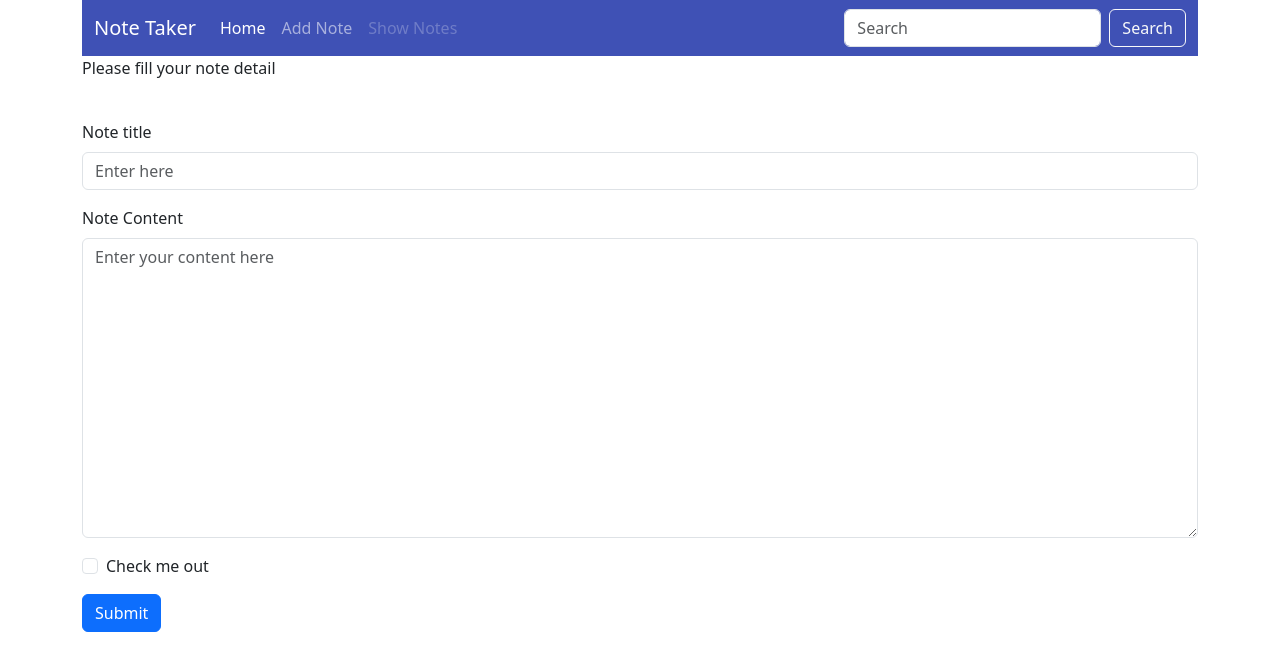
Repository: a-man-sheikh/NoteTaker
Page: http://localhost/NoteTaker/add_note.jsp
The author's editor kept a copy of each file at every save. The page is drawn from the files as they stood at one save, then again after the next save.
The browser window is 1280 px wide. The pictures show the whole page.
The page is served by Tomcat 9. Other server files are loaded and not shown.

Above is the page before, as saved 2024-03-21 16:37:57.

### NoteTaker/src/main/webapp/add_note.jsp
<%@ page language="java" contentType="text/html; charset=ISO-8859-1"
    pageEncoding="ISO-8859-1"%>
<!DOCTYPE html>
<html>
<head>
<meta charset="ISO-8859-1">
<title>Add Notes</title>
  <%@include file="all_js_cs.jsp" %>
</head>
<body>
<div class="container">
  <%@include file="navbar.jsp" %>


 <p>Please fill your note detail </p>
 <br>
<!--  this add form -->


<form action="SaveNoteServlet" method="post">
  <div class="mb-3">
    <label for="title" class="form-label">Note title</label>
    <input type="text" class="form-control" id="title" aria-describedby="emailHelp" placeholder="Enter here">

  </div>
  <div class="mb-3">
    <label for="exampleInputPassword1" class="form-label">Note Content</label>
    <textarea id="content" placeholder="Enter your content here" class="form-control" style="height:300px;" ></textarea>
  </div>
  <div class="mb-3 form-check">
    <input type="checkbox" class="form-check-input" id="exampleCheck1">
    <label class="form-check-label" for="exampleCheck1">Check me out</label>
  </div>
  <button type="submit" class="btn btn-primary">Submit</button>
</form>
</div>
</body>
</html>

### NoteTaker/src/main/webapp/all_js_cs.jsp
  <link href="https://cdn.jsdelivr.net/npm/bootstrap@5.3.3/dist/css/bootstrap.min.css" rel="stylesheet" integrity="sha384-QWTKZyjpPEjISv5WaRU9OFeRpok6YctnYmDr5pNlyT2bRjXh0JMhjY6hW+ALEwIH" crossorigin="anonymous">
    <link href="css/style.css" rel="stylesheet"/>

 <script src="https://cdn.jsdelivr.net/npm/bootstrap@5.3.3/dist/js/bootstrap.bundle.min.js" integrity="sha384-YvpcrYf0tY3lHB60NNkmXc5s9fDVZLESaAA55NDzOxhy9GkcIdslK1eN7N6jIeHz" crossorigin="anonymous"></script>

### NoteTaker/src/main/webapp/navbar.jsp
<nav class="navbar navbar-expand-lg navbar-dark purple">
  <div class="container-fluid">
    <a class="navbar-brand" href="index.jsp">Note Taker</a>
    <button class="navbar-toggler" type="button" data-bs-toggle="collapse" data-bs-target="#navbarSupportedContent" aria-controls="navbarSupportedContent" aria-expanded="false" aria-label="Toggle navigation">
      <span class="navbar-toggler-icon"></span>
    </button>
    <div class="collapse navbar-collapse" id="navbarSupportedContent">
      <ul class="navbar-nav me-auto mb-2 mb-lg-0">
        <li class="nav-item">
          <a class="nav-link active" aria-current="page" href="index.jsp">Home</a>
        </li>
        <li class="nav-item">
          <a class="nav-link" href="add_note.jsp">Add Note</a>
        </li>

          <a class="nav-link disabled" aria-disabled="true">Show Notes</a>
        </li>
      </ul>
      <form class="d-flex" role="search">
        <input class="form-control me-2" type="search" placeholder="Search" aria-label="Search">
        <button class="btn btn-outline-light" type="submit">Search</button>
      </form>
    </div>
  </div>
</nav>

### NoteTaker/src/main/webapp/css/style.css
.purple{
	background:#3f51b5;
}

After the next save:
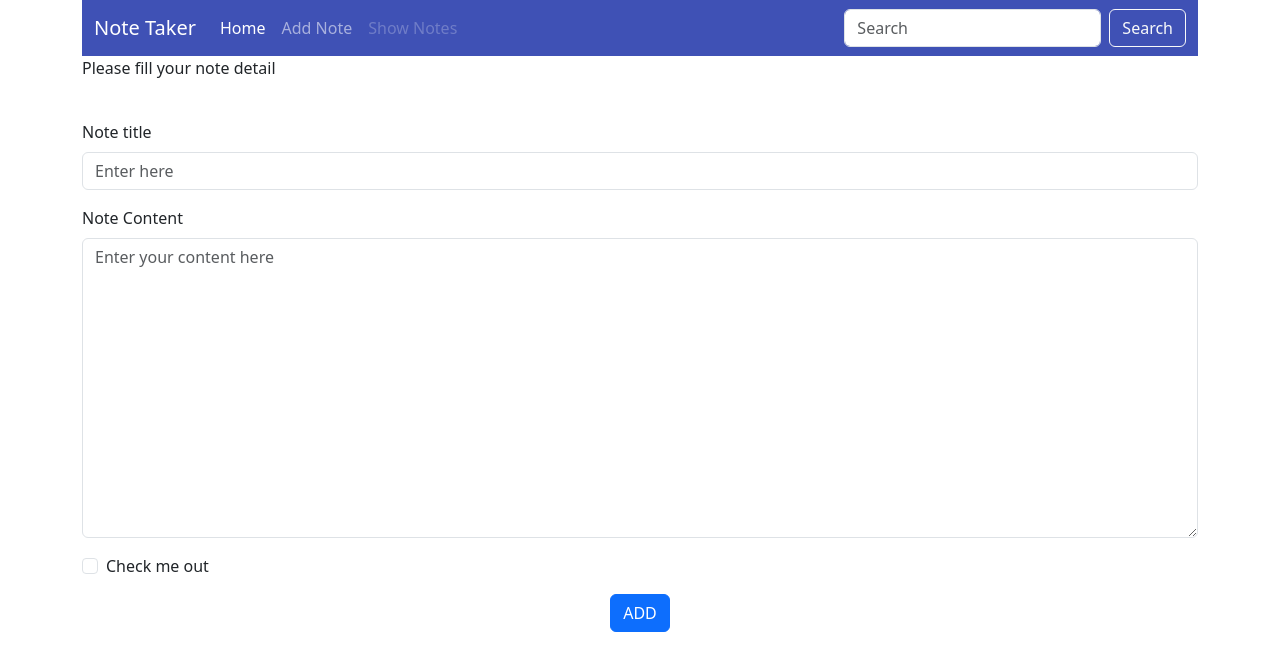
Saved 88 s later.
--- a/NoteTaker/src/main/webapp/add_note.jsp
+++ b/NoteTaker/src/main/webapp/add_note.jsp
@@ -31,7 +31,7 @@
     <input type="checkbox" class="form-check-input" id="exampleCheck1">
     <label class="form-check-label" for="exampleCheck1">Check me out</label>
   </div>
-  <button type="submit" class="btn btn-primary">Submit</button>
+ <div class="container text-center"> <button type="submit" class="btn btn-primary">ADD</button></div>
 </form>
 </div>
 </body>
